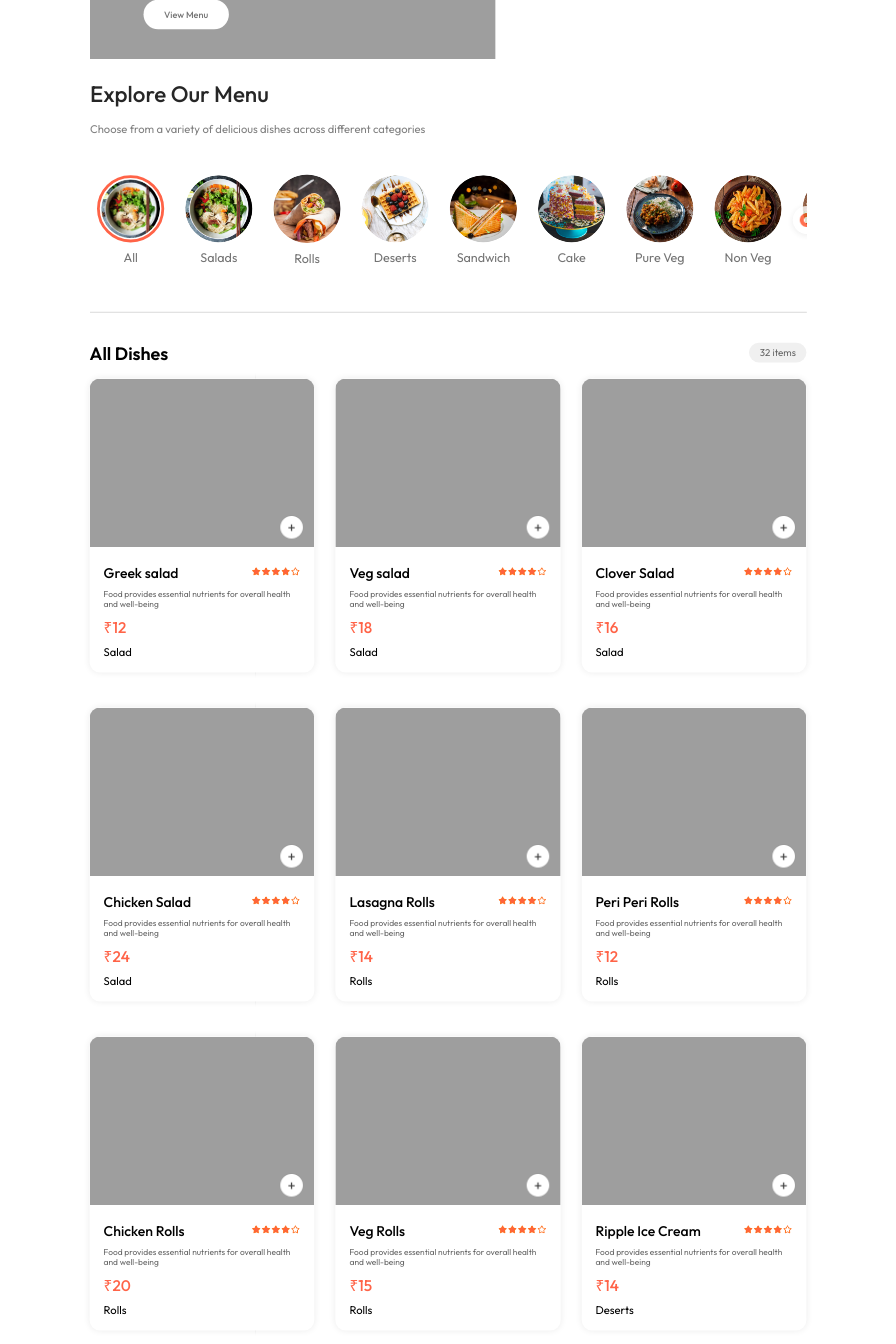
Repository: keyursanglikar/Hotel-Manangement
Page: / (app in frontend/)
An editor plug-in stored every save of this project. The page is shown before and after the next save, followed by the edit.
The browser window is 1280 px wide. The pictures show the part of the page from y = 524 to 2444 px (the page is 9373 px tall before and 9372 px after), at 70% of full size.
Pictures or frames that could not be fetched are drawn as grey boxes. The page's requests for data from a server got no answer. The project was rebuilt for these pictures with package versions that can differ from the ones it lists, and the page was loaded fresh each time. No one was signed in, and anything a server would have sent is missing. Also part of the build but not shown: frontend/vite.config.js, frontend/src/pages/Cart/Cart.css, frontend/src/pages/Cart/Cart.jsx, frontend/src/pages/PlaceOrder/PlaceOrder.jsx, frontend/src/components/LoginPopup/LoginPopup.css, frontend/src/components/LoginPopup/LoginPopup.jsx, frontend/src/pages/Verify/Verify.css, frontend/src/pages/Verify/Verify.jsx and 2 more.

Above is the page before, as saved 2025-12-04 23:23:14.

After the next save:
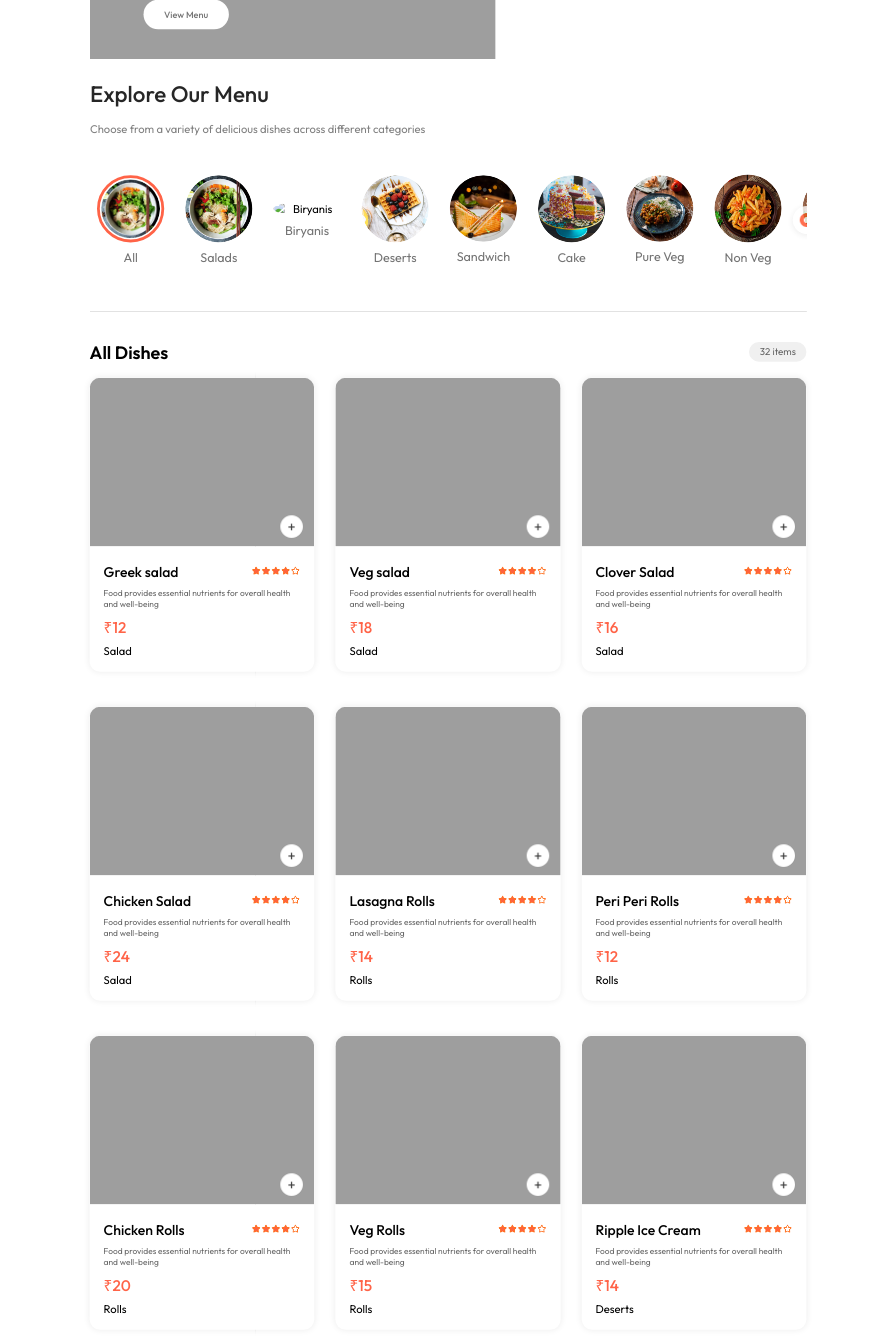
Saved 26 s later.
--- a/frontend/src/components/ExploreMenu/ExploreMenu.jsx
+++ b/frontend/src/components/ExploreMenu/ExploreMenu.jsx
@@ -42,7 +42,7 @@ const ExploreMenu = ({ category, setCategory }) => {
   const allCategories = [
     "All",
     "Salads",
-    "Rolls",
+    "Biryanis ",
     "Deserts",
     "Sandwich",
     "Cake",
